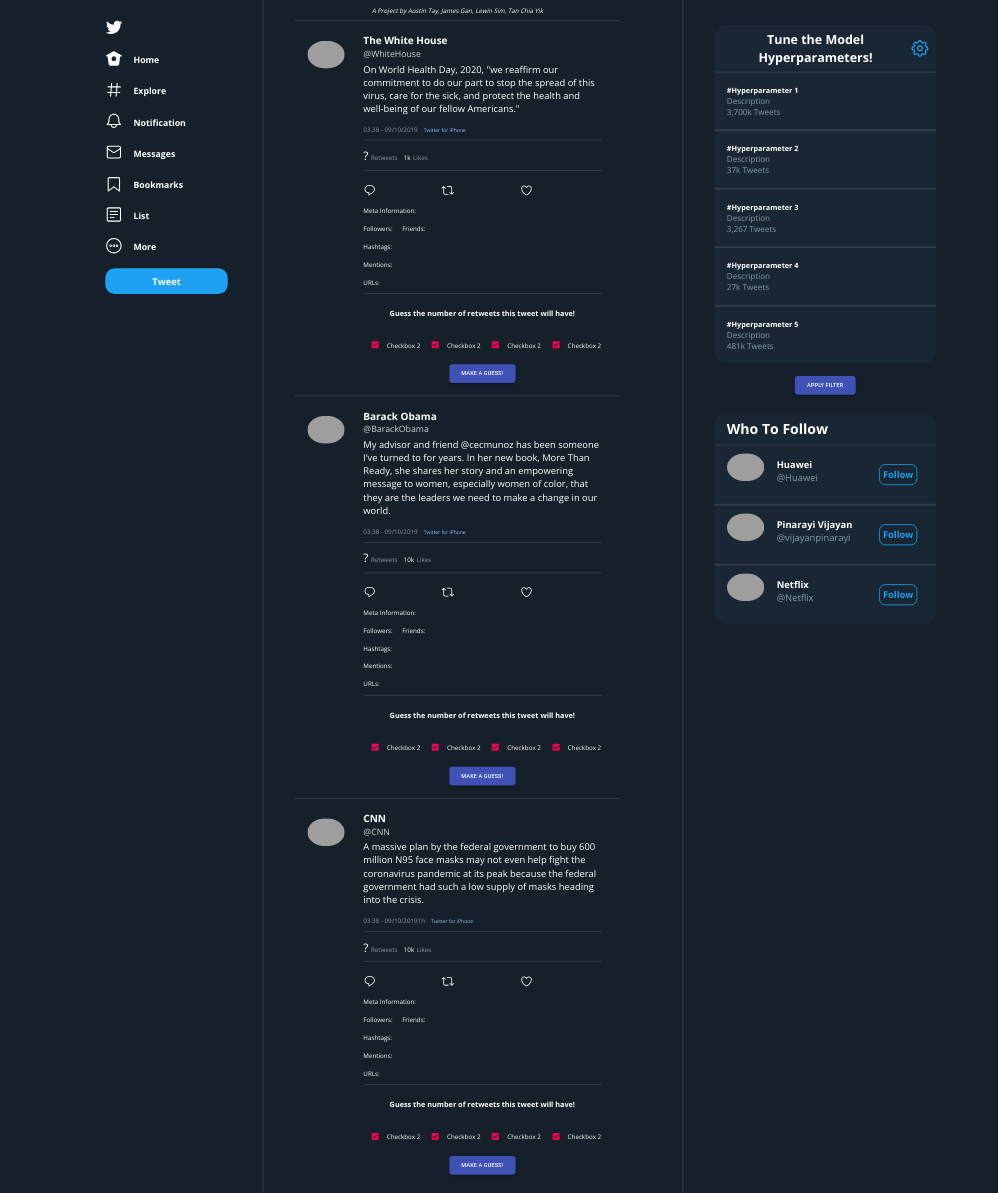
Repository: Dustyik/TwitterAIproj
Page: / (app in FrontEnd/)
An editor plug-in stored every save of this project. The page is shown before and after the next save, followed by the edit.
The browser window is 1280 px wide. The pictures show the whole page, at 78% of full size.
Pictures or frames that could not be fetched are drawn as grey boxes. The page's requests for data from a server got no answer. The project was rebuilt for these pictures with package versions that can differ from the ones it lists, and the page was loaded fresh each time. No one was signed in, and anything a server would have sent is missing. Also part of the build but not shown: FrontEnd/src/components/StatusCard.js, FrontEnd/src/pages/Status.js, FrontEnd/src/components/profile/ProfileHead.js, FrontEnd/src/components/profile/ProfileDetails.js, FrontEnd/src/styles/Profile.css, FrontEnd/src/pages/Profile.js.

Above is the page before, as saved 2021-08-08 13:42:04.

After the next save:
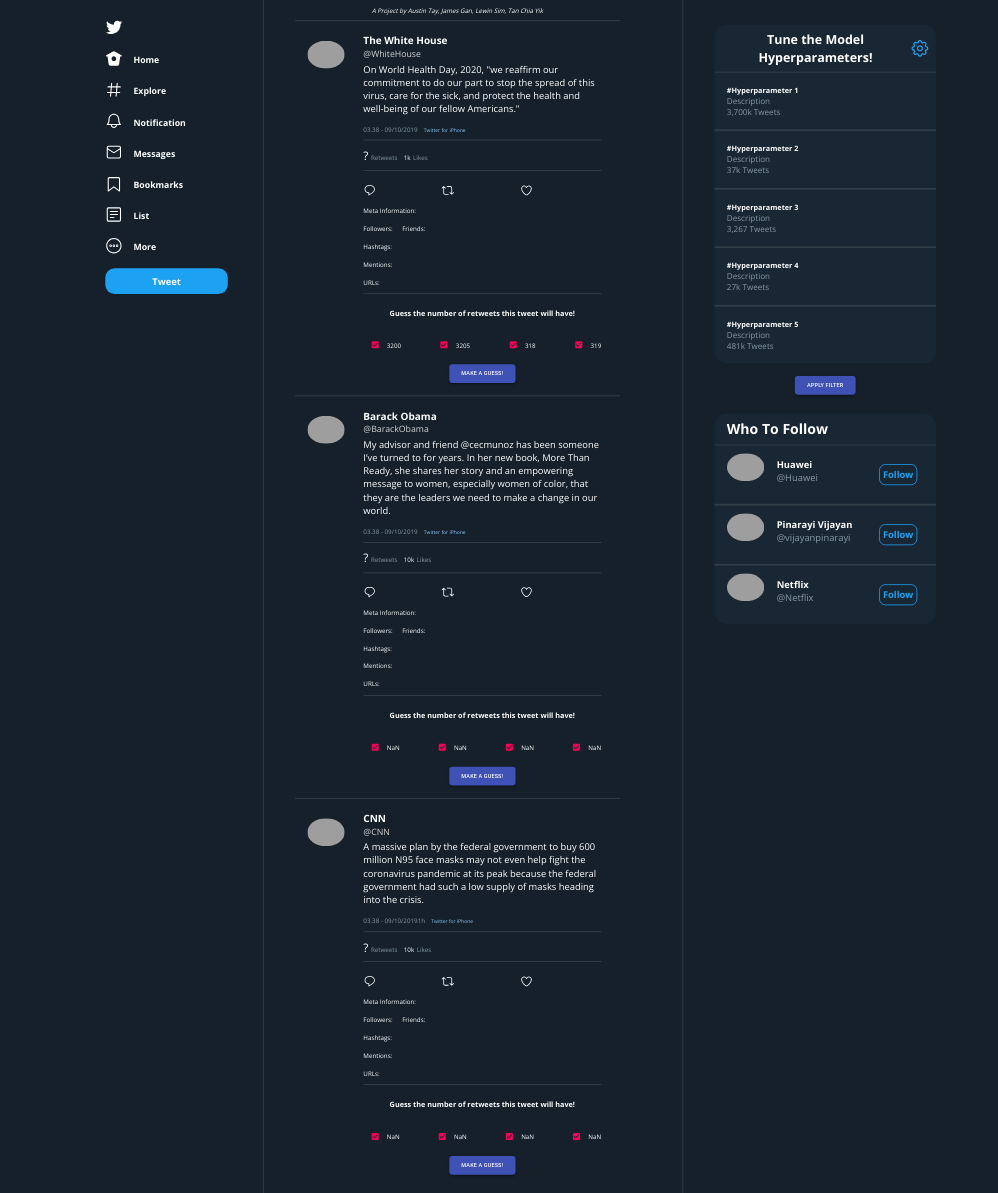
Saved 20 s later.
--- a/FrontEnd/src/components/TweetCard.js
+++ b/FrontEnd/src/components/TweetCard.js
@@ -54,8 +54,6 @@
     const createCheckBoxes = () => {
         let checkBoxesArray = []
         const retweetNumber = tweet.tweet.retweets
-        console.log(retweetNumber)
-
         let numbersArray = generateFourNumbers(retweetNumber)
 
         for(let i = 0; i < 4; i ++){
@@ -67,7 +65,7 @@
                         inputProps={{ 'aria-label': 'primary checkbox' }}
                     />
                     <span>
-                        Checkbox 2
+                        {numbersArray[i]}
                     </span>
                 </div>
             )
